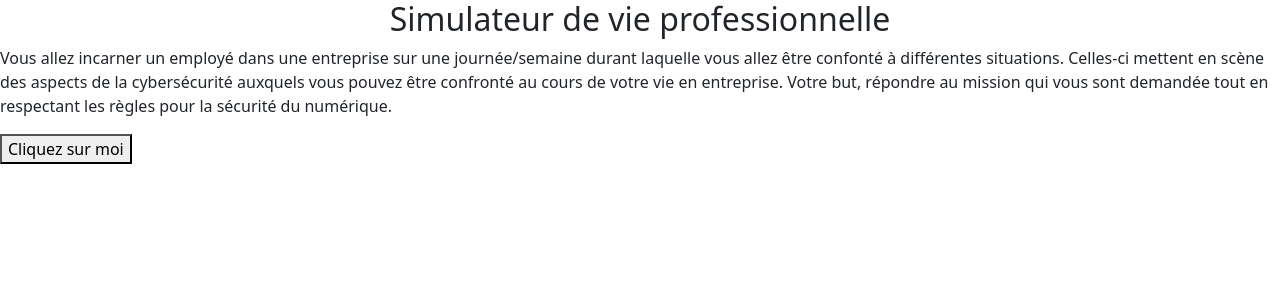
Repository: Geleetz/Workshop-I1-EPSI
Page: http://localhost/
An editor plug-in stored every save of this project. The page is shown before and after the next save, followed by the edit.
The browser window is 1280 px wide. The pictures show the whole page.
The page is run by PHP 8.4 with error messages shown; the project is at /var/www/html/.

Above is the page before, as saved 2021-09-28 10:40:06.

### index.php
<!doctype html>
<html lang="fr">

<head>
  <!-- Required meta tags -->
  <meta charset="utf-8">
  <meta name="viewport" content="width=device-width, initial-scale=1, shrink-to-fit=no">
  <!-- Ajout des librairies CSS -->
  <link href="https://cdn.jsdelivr.net/npm/bootstrap@5.1.1/dist/css/bootstrap.min.css" rel="stylesheet" integrity="sha384-F3w7mX95PdgyTmZZMECAngseQB83DfGTowi0iMjiWaeVhAn4FJkqJByhZMI3AhiU" crossorigin="anonymous">
  <title>Workshop - Accueil</title>

</head>

<body>
  <h2 class="text-center">Simulateur de vie professionnelle</h2>
  <p class="text-justify">Vous allez incarner un employé dans une entreprise sur une journée/semaine durant laquelle vous allez être confonté à
    différentes situations. Celles-ci mettent en scène des aspects de la cybersécurité auxquels vous pouvez être confronté au
    cours de votre vie en entreprise. Votre but, répondre au mission qui vous sont demandée tout en respectant les règles pour
    la sécurité du numérique.</p>
  <form>
    <!--type="submit" formaction="https://fr.w3docs.com/"-->
    <button >Cliquez sur moi</button>
  </form>
</body>
<!-- Ajout des librairies JS -->
<script src="https://cdn.jsdelivr.net/npm/bootstrap@5.1.1/dist/js/bootstrap.bundle.min.js" integrity="sha384-/bQdsTh/da6pkI1MST/rWKFNjaCP5gBSY4sEBT38Q/9RBh9AH40zEOg7Hlq2THRZ" crossorigin="anonymous"></script>

</html>

After the next save:
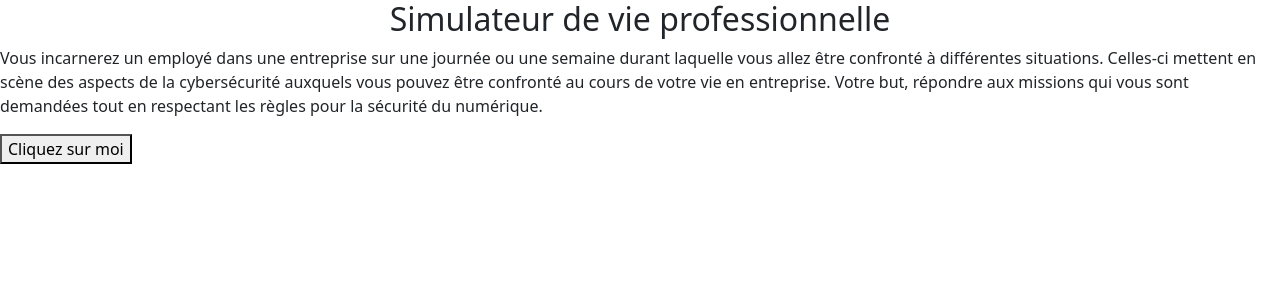
Saved 53 s later.
--- a/index.php
+++ b/index.php
@@ -13,9 +13,9 @@
 
 <body>
   <h2 class="text-center">Simulateur de vie professionnelle</h2>
-  <p class="text-justify">Vous allez incarner un employé dans une entreprise sur une journée/semaine durant laquelle vous allez être confonté à
+  <p class="text-justify">Vous incarnerez un employé dans une entreprise sur une journée ou une semaine durant laquelle vous allez être confronté à
     différentes situations. Celles-ci mettent en scène des aspects de la cybersécurité auxquels vous pouvez être confronté au
-    cours de votre vie en entreprise. Votre but, répondre au mission qui vous sont demandée tout en respectant les règles pour
+    cours de votre vie en entreprise. Votre but, répondre aux missions qui vous sont demandées tout en respectant les règles pour
     la sécurité du numérique.</p>
   <form>
     <!--type="submit" formaction="https://fr.w3docs.com/"-->
